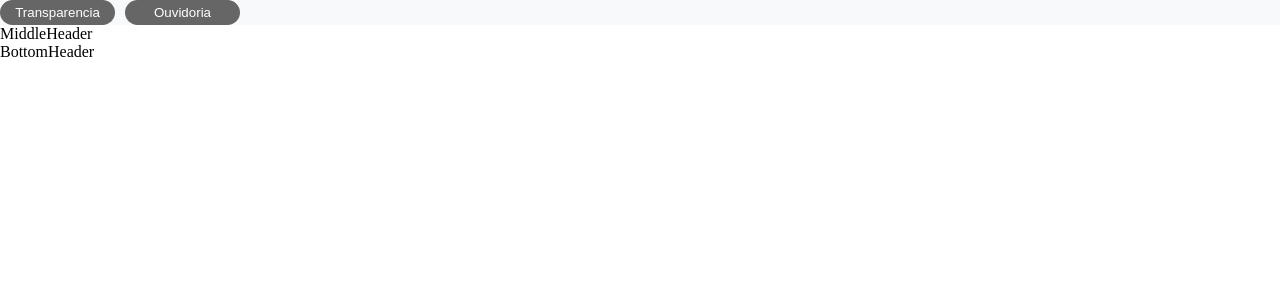
Repository: YuriSarmanho/prodepaSite
Page: / (app in prodepa-site/)
The author's editor kept a copy of each file at every save. The page is drawn from the files as they stood at one save, then again after the next save.
The browser window is 1280 px wide. The pictures show the whole page.
The project was rebuilt for these pictures with package versions that can differ from the ones it lists, and the page was loaded fresh each time. Also part of the build but not shown: prodepa-site/src/App.css.

Above is the page before, as saved 2022-12-19 14:37:01.

After the next save:
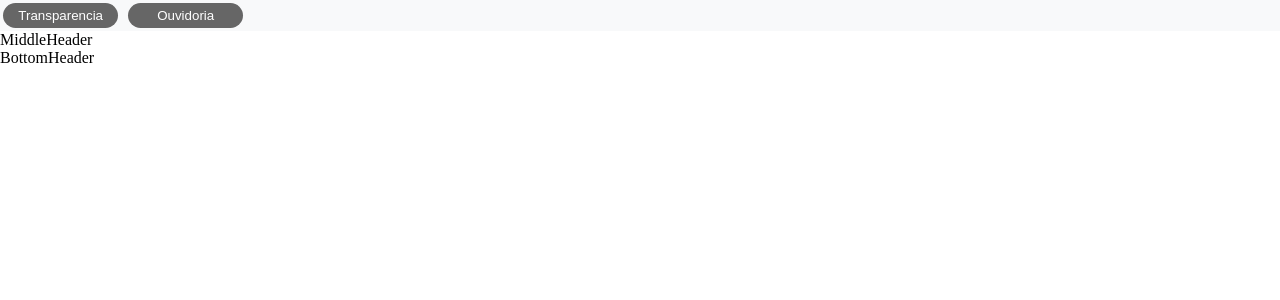
Saved 6 s later.
--- a/prodepa-site/src/sections/Header/TopHeader/index.css
+++ b/prodepa-site/src/sections/Header/TopHeader/index.css
@@ -1,4 +1,4 @@
 .topHeaderContainer {
     background-color: #F8F9FA ;
-    padding: ;
+    padding: .2rem;
 }
